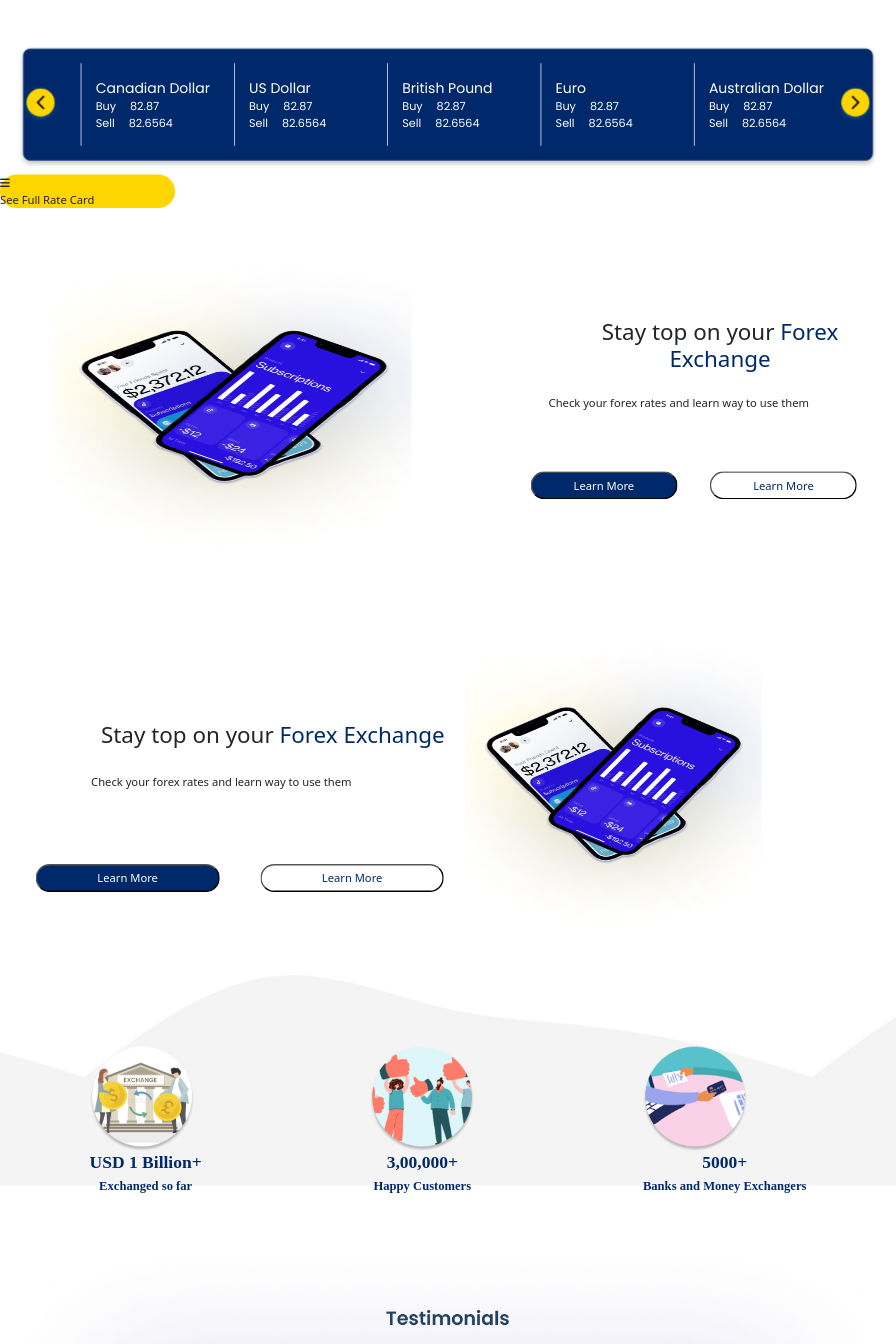
Repository: FlyweisReact/Akshadeep-latest
Page: /
These files come from the project's save history. The page is drawn as it stood at one moment and after the next save; the edit follows.
The browser window is 1280 px wide. The pictures show the part of the page from y = 715 to 2635 px (the page is 4532 px tall before and 4508 px after), at 70% of full size.
Some web libraries are served in a nearby version. The project was rebuilt for these pictures with package versions that can differ from the ones it lists, and the page was loaded fresh each time. Also part of the build but not shown: src/components/exchange.jsx, src/components/order_p1.jsx, src/components/order_p2.jsx, src/components/faas.jsx, src/components/offer.jsx, src/components/main2.jsx, src/components/home.jsx, src/components/slider.jsx and 6 more.

Above is the page before, as saved 2023-05-23 15:41:14.

### public/index.html
<!DOCTYPE html>
<html lang="en">
  <head>
    <meta charset="utf-8" />
    <link rel="icon" href="%PUBLIC_URL%/favicon.ico" />
    <meta name="viewport" content="width=device-width, initial-scale=1" />
    <meta name="theme-color" content="#000000" />
    <meta
      name="description"
      content="Web site created using create-react-app"
    />
    <link rel="apple-touch-icon" href="%PUBLIC_URL%/logo192.png" />

    <link rel="manifest" href="%PUBLIC_URL%/manifest.json" />
    <link rel="stylesheet" href="https://cdnjs.cloudflare.com/ajax/libs/font-awesome/5.15.3/css/all.min.css" />
    <link href="https://cdn.jsdelivr.net/npm/bootstrap@5.3.0-alpha1/dist/css/bootstrap.min.css" rel="stylesheet" integrity="sha384-GLhlTQ8iRABdZLl6O3oVMWSktQOp6b7In1Zl3/Jr59b6EGGoI1aFkw7cmDA6j6gD" crossorigin="anonymous">
    <title>React App</title>
  </head>
  <body>
    <noscript>You need to enable JavaScript to run this app.</noscript>
    <div id="root"></div>
    <script src="https://kit.fontawesome.com/b533b351e4.js" crossorigin="anonymous"></script>
  </body>
</html>

### src/components/Main.jsx
/** @format */

import React from "react";
import Navbar from "./navbar";
import "react-responsive-carousel/lib/styles/carousel.min.css";
import BottomCont from "./bottom_cont";
import Footer from "./footer";
import img from "../Images/a-7.png";
import img5 from "../Images/a-58.png";
import UpperForm from "./Component/Index/UpperForm";
import UpperSlider from "./Component/Index/UpperSlider";
import CurrencySlider from "./Component/Index/CurrencySlider";

function Main() {
  return (
    <>
      <Navbar />

      <div className="upper-two-component">
        <div className="left-component">
          <UpperForm />
        </div>
        <div className="right-component">
          <UpperSlider />
        </div>
      </div>

      <div className="Index-currency_cont">
        <CurrencySlider />
      </div>

      <div className="Index_center_button">
      <i className="fa-solid fa-bars"></i>
        <p>See Full Rate Card</p>
      </div>

      {/* <div className="main-mid-2-cont">
        <img src={img5} alt="" />
      </div> */}

      <div className="main-2-cont">
        <div className="main-2-left">
          <img src={img} alt="" />
        </div>
        <div className="main-2-right">
          <h2>
            Stay top on your <spam className="sp">Forex Exchange</spam>
          </h2>
          <p>Check your forex rates and learn way to use them</p>
          <div className="main-2-r-btn">
            <button className="main-2l-btn">Learn More</button>
            <button className="main-2r-btn">Learn More</button>
          </div>
        </div>
      </div>
      <div className="main-3-cont">
        <div className="main-3-left">
          <h2>
            Stay top on your <spam className="sp">Forex Exchange</spam>
          </h2>
          <p>Check your forex rates and learn way to use them</p>
          <div className="main-2-r-btn">
            <button className="main-2l-btn">Learn More</button>
            <button className="main-2r-btn">Learn More</button>
          </div>
        </div>
        <div className="main-3-right">
          <img src={img} alt="" />
        </div>
      </div>
      <BottomCont />
      <Footer />
    </>
  );
}

export default Main;

### src/Style/Header.css
/** @format */

.Sticky-Header-Companent {
  height: 100%;
  background-color: var(--white);
  position: sticky;
  top: 0;
  z-index: 999;
  padding: 20px;
  transition: box-shadow 0.3s ease;
}

.scrolled {
  box-shadow: rgba(0, 0, 0, 0.24) 0px 3px 8px;
}

.Header {
  width: 100%;
  display: flex;
  justify-content: space-between;
  align-items: center;
}

.Header .left-component a {
  font-family: InterFont;
  font-size: 2rem;
  color: #000000;
  cursor: pointer;
  text-decoration: none;
}

.Header .right-component {
  display: flex;
  gap: 20px;
}
.Header .right-component .btn1 {
  font-weight: 500;
  font-size: var(--medium-font);
  color: var(--black);
  background-color: transparent;
  border: none;
}
.Header .right-component .btn2 {
  font-size: var(--medium-font);
  color: var(--white);
  background-color : #00296B;
  border: 1px solid #00296B;
  padding: 10px;
  width: 200px;
  border-radius: var(--half-border);
}

/* Category Drop- Down */
.Drop-Category-Bar {
  display: flex;
  align-items: center;
}
.Drop-Category-Bar .left-container {
  width: 20%;
  padding: 20px;
}

.Drop-Category-Bar .right-Container {
  display: flex;
  width: 60%;
  justify-content: space-evenly;
}

.Drop-Category-Bar .left-container i {
  font-size: var(--medium-font);
  cursor: pointer;
}
.Drop-Category-Bar .right-Container #dropdown-basic {
  border: none;
  font-size: var(--medium-font);
  font-style: normal;
  line-height: 29px;
  color: #333131;
}
.Drop-Category-Bar .right-Container #dropdown-button-drop-end {
  width: 100%;
  display: flex;
  justify-content: space-between;
  gap: 20px;
  align-items: center;
  font-size: var(--small-font);
  border: none;
}
.Drop-Category-Bar .right-Container .dropdown-item {
  width: 100%;
  font-size: var(--small-font);
  border: none;
  padding-left: 12px;
}

/* FullScreen Offcanvas */
.offcanvas.offcanvas-start {
  width: 100% !important;
  background-color: transparent;
}
.offcanvas-backdrop.show {
  opacity: 0.9 !important;
}
.Offcanvas-Menu {
  position: relative;
  padding: 20px;
}
.Offcanvas-Menu .fa-x {
  font-size: var(--medium-font);
  color: #fff;
  position: absolute;
  right: 20px;
  top: 20px;
  cursor: pointer;
}
.Offcanvas-Menu .Menu-Items {
  display: flex;
  justify-content: space-evenly;
  align-items: center;
  position: absolute;
  top: 50%;
  gap: 20px;
  left: 50%;
  transform: translate(-50%, -50%);
  width: 100%;
  padding-left: 5%;
  padding-right: 5%;
}
.Offcanvas-Menu .Menu-Items div {
  width: 20%;
  cursor: pointer;
}
.Offcanvas-Menu .Menu-Items div img {
  display: block;
  margin: auto;
}
.Offcanvas-Menu .Menu-Items div a {
  text-decoration: none;
}
.Offcanvas-Menu .Menu-Items p {
  font-size: var(--medium-font);
  color: #ffffff;
  text-align: center;
  margin-top: 10px;
  font-family: OpenFont;
  text-decoration: none;
  width: 100%;
}

### src/Style/Layout.css
/**
 * Two Section Component
 *
 * @format
 */

.upper-two-component {
  display: flex;
  justify-content: space-evenly;
  padding-top: 20px;
}
.upper-two-component .left-component {
  width: 40%;
}
.upper-two-component .right-component {
  width: 50%;
}

/* Currency Container */
.Index-currency_cont {
  width: 98%;
  margin: auto;
  padding: 20px;
  filter: drop-shadow(0px 4px 4px rgba(0, 0, 0, 0.25));
  padding-top: 5%;
}

/* Rate Button */
.Index_center_button {
  width: 250px;
  background: #ffd500;
  border-radius: 27px;
}

### src/Style/Component.css
/**
 * Upper Form Component
 *
 * @format
 */

.Index-Upper-Form {
  width: 100%;
  padding-top: 20px;
}
.Index-Upper-Form .button-container {
  display: flex;
  align-items: center;
  justify-content: center;
  gap: 10px;
  width: 100%;
}
.Index-Upper-Form .button-container button {
  background-color: #fff;
  color: #333;
  border: 1px solid #ffd500;
  font-size: var(--small-font);
  cursor: pointer;
  padding: 10px;
  width: 20%;
  font-family: OpenFont;
  border-radius: 4px;
  transition: 0.5s;
}
.Index-Upper-Form .button-container button:hover {
  background: #ffd500;
}
.Index-Upper-Form .form-cont {
  width: 100%;
  margin-top: 10px;
  background: #00296b;
  border: 1px solid #333131;
  box-shadow: 0px 0px 100px 8px rgba(255, 213, 0, 0.3);
  border-radius: 12px;
  position: relative;
  padding: 20px;
}
.Index-Upper-Form .form-cont .form-part-1 .two-cont {
  display: flex;
  justify-content: space-between;
  width: 100%;
}
.Index-Upper-Form .form-cont .form-part-1 .two-cont div {
  width: 45%;
}
.Index-Upper-Form .form-cont .form-part-1 .two-cont div label {
  color: var(--white);
  font-size: var(--extra-small-font);
  font-family: PoppinFont;
  line-height: 24px;
  color: #ffffff;
}

.Index-Upper-Form .form-cont .form-part-1 .two-cont div select {
  width: 100%;
  margin-top: 3px;
  outline: none;
  font-size: var(--extra-small-font);
  color: #897f7f;
  font-family: PoppinFont;
  padding: 10px;
  border-radius: 4px;
  border: 1px solid #897f7f;
}
.Index-Upper-Form .form-cont .form-part-1 .rate {
  font-size: 16px;
  line-height: 24px;
  color: #ffffff;
  margin-top: 10px;
  font-family: PoppinFont;
}
.Index-Upper-Form .form-cont .form-part-1 .two-cont div input {
  width: 100%;
  margin-top: 3px;
  outline: none;
  font-size: var(--extra-small-font);
  color: #897f7f;
  font-family: PoppinFont;
  padding: 10px;
  border-radius: 4px;
  border: 1px solid #897f7f;
}
.Index-Upper-Form .form-cont .form-part-1 .two-cont div input::placeholder {
  color: #897f7f;
}
.Index-Upper-Form .form-cont .form-part-1 .two-cont .two-section {
  display: flex;
  gap: 10px;
  color: var(--white);
  margin-top: 10px;
  align-items: center;
}
.Index-Upper-Form .form-cont .form-part-1 .two-cont .two-section p {
  margin: 0;
  font-family: PoppinFont;
}
.Index-Upper-Form .form-cont .form-part-1 .two-cont .two-section button {
  background-color: #214360;
  outline: none;
  border: 1px solid #214360;
  color: var(--white);
  font-family: PoppinFont;
}
.Index-Upper-Form .form-cont .form-part-1 .two-cont .two-section i {
  color: #ffd500;
}
.Index-Upper-Form .form-cont .form-part-1 .two-cont .two-section .add {
  color: #ffd500;
  text-decoration: underline;
}
.Index-Upper-Form .form-cont .ord-btn {
  font-size: var(--medium-font);
  font-family: PoppinFont;
  background: #ffd500;
  border-radius: 30.2748px;
  border: none;
  width: 40%;
  padding: 10px;
  display: block;
  margin: auto;
  position: absolute;
  top: 98%;
  cursor: pointer;
  left: 50%;
  transform: translate(-50%, -50%);
}

/* Slick Slider */
.slick-slider-Cont {
  position: relative;
}
.slick-slider-Cont .Prev-Next_cont {
  display: flex;
  justify-content: space-between;
}
.slick-slider-Cont .Prev-Next_cont .PrevImg {
  position: absolute;
  top: 50%;
  left: 5%;
  transform: translate(-50%, -50%);
  cursor: pointer;
}
.slick-slider-Cont .Prev-Next_cont .NextImg {
  position: absolute;
  top: 50%;
  left: 95%;
  transform: translate(-50%, -50%);
  cursor: pointer;
}

.Slick-Slider {
  height: 100%;
  padding: 20px;
}
.Slick-Slider .slider-container-div {
  width: 100%;
}
.Slick-Slider .slider-container-div p {
  font-family: PoppinFont;
  font-size: 24px;
  line-height: 40px;
  color: #000;
  text-align: center;
  margin: 0;
}
.Slick-Slider .slider-container-div img {
  display: block;
  margin: auto;
}
.Slick-Slider:focus {
  border: none !important;
}
.Slick-Slider:active {
  border: none !important;
}

.Slick-Slider .slider-container-div .two-comp {
  display: flex;
  justify-content: space-evenly;
  gap: 10px;
}
.Slick-Slider .slider-container-div .two-comp .left-comp {
  width: 45%;
  position: relative;
}
.Slick-Slider .slider-container-div .two-comp .left-comp img {
  position: absolute;
  top: 50%;
  left: 50%;
  transform: translate(-50%, -50%);
}
.Slick-Slider .slider-container-div .two-comp .right-comp {
  width: 60%;
}
.Slick-Slider .slider-container-div .two-comp .right-comp div {
  display: flex;
  padding-top: 20px;
  gap: 20px;
  align-items: center;
}
.Slick-Slider .slider-container-div .two-comp .right-comp p {
  margin: 0;
  font-size: var(--extra-small-font);
  line-height: normal;
  width: 90%;
  text-align: left;
}
.Slick-Slider .slider-container-div .two-comp .right-comp i {
  margin: 0;
  background-color: #00a067;
  color: #fff;
  border-radius: 100%;
  padding: 5px;
}


/* Currency-Slider  */
.currency_slider_cont{
  background-color: #00296B;
  border: 1px solid #00296B;
  border-radius: 10px;
  position: relative;
  width: 100%;
}
.currency_slider_cont .currency_slider{
  height: 100%;
  padding: 20px;
  padding-left: 5%;
  padding-right: 5%;
}
.currency_slider_cont .currency_slider:focus {
  border: none !important;
}
.currency_slider_cont .currency_slider:active {
  border: none !important;
}

.currency_slider_cont .currency_slider .Item{
  color: #fff;
  border-right: 1px solid #fff;
  padding: 20px;
  width: 20%;
}
.currency_slider_cont .currency_slider .Item p{
  margin: 0;
}
.currency_slider_cont .currency_slider .Item .head{
  font-family: PoppinFont;
  font-size: var(--medium-font);
}
.currency_slider_cont .currency_slider .Item .two_sec{
  display: flex;
  align-items: center;
  gap: 20px;
}
.currency_slider_cont .currency_slider .Item .two_sec p{
  font-family: PoppinFont;
font-size: var(--extra-small-font);
}
.currency_slider_cont .Prev-Next_cont {
  display: flex;
  justify-content: space-between;
}
.currency_slider_cont .Prev-Next_cont .PrevImg {
  position: absolute;
  top: 50%;
  left: 2%;
  transform: translate(-50%, -50%);
  cursor: pointer;
}
.currency_slider_cont .Prev-Next_cont .NextImg {
  position: absolute;
  top: 50%;
  left: 98%;
  transform: translate(-50%, -50%);
  cursor: pointer;
}

.slick-prev:before {
  display: none !important;
}
.slick-next:before{
  display: none
  ;
}

### src/components/navbar.jsx
import Header from "./Layout/Header";

const Navbar = () => {
  return (
    <>
      <Header />

    </>
  );
};

export default Navbar;

### src/components/bottom_cont.jsx
import React from "react";
import img from "../Images/a-33.png";
import img2 from "../Images/a-34.png";
import img3 from "../Images/a-35.png";
import img4 from "../Images/a-36.png";
import img5 from "../Images/a-37.png";
import img6 from "../Images/a-51.png";

const BotCont = () => {
  return (
    <>
      <div className="bot-part-1">
        <div className="bot-cont-imgs">
          <div>
            <img src={img} />
            <h6>USD 1 Billion+</h6>
            <p>Exchanged so far</p>
          </div>
          <div>
            <img src={img2} />
            <h6>3,00,000+</h6>
            <p>Happy Customers</p>
          </div>
          <div>
            <img src={img3} />
            <h6>5000+</h6>
            <p>Banks and Money Exchangers</p>
          </div>
        </div>
      </div>
      <div className="bot-part-3">
        <img src={img6} />
      </div>
      <div className="bot-part-2">
        <h3>Media Mentions</h3>
        <div className="bot-part-2-sub">
          <div className="bot-cont-card">
            <h4>Loren Ipsum Id best Platform out there</h4>
            <p>
              Lorem Ipsum is simply dummy text of the printing and typesetting
              industry. Lorem Ipsum has been the industry's standard dummy text
              ever since the 1500s, when an unknown printer took a galley of
              type and scrambled it to make a type specimen book.
            </p>
            <div className="thin-line"></div>
            <div className="bot-cont-card-2">
              <img src={img4} />
              <p>5 star</p>
            </div>
          </div>
          <div className="bot-cont-card">
            <h4>Loren Ipsum Id best Platform out there</h4>
            <p>
              Lorem Ipsum is simply dummy text of the printing and typesetting
              industry. Lorem Ipsum has been the industry's standard dummy text
              ever since the 1500s, when an unknown printer took a galley of
              type and scrambled it to make a type specimen book.
            </p>
            <div className="thin-line"></div>
            <div className="bot-cont-card-2">
              <img src={img5} style={{height:"40px"}} />
              <p>5 star</p>
            </div>
          </div>
        </div>
      </div>
    </>
  );
};

export default BotCont;

### src/components/footer.jsx
import React from "react";

const Footer = () => {
  return (
    <footer className="footer">
      <div className="footer-cont">
        <div className="foot-row">
          <div className="foot-col">
            <h3>Company</h3>
            <p>About Us</p>
            <p>Contact Us</p>
            <p>Careers</p>
          </div>
          <div className="foot-col">
            <h3>Services</h3>
            <p>Prepaid Travel Card</p>
            <p>Foreign Demand Draft</p>
            <p>Foreign Currency</p>
            <p>Educational Loans</p>
            <p>Remmittance</p>
            <p>Travel Insurance</p>
            <p>Forex as a Service (Faas Solution)</p>
          </div>
          <div className="foot-col">
            <h3>Quick Links</h3>
            <p>FAQs</p>
            <p>Cancellation & Refund Policy</p>
            <p>Forex Rates</p>
            <p>Our Policies</p>
            <p>Terms of Use</p>
            <p>Site Map</p>
            <p>Offers</p>
          </div>
          <div className="foot-col">
            <h3>Insight</h3>
            <p>Blogs</p>
            <p>Press Release</p>
            <p>Foreign Currency</p>
            <p>Educational Loans</p>
            <p>Remmittance</p>
            <p>Travel Insurance</p>
            <p>Forex as a Service (Faas Solution)</p>
          </div>
          <div className="foot-col">
            <h3>Registered Office Address</h3>
            <p>Lorem Ipsum Pvt ltd.</p>
            <p>P-701 to P-705 lorem ipsum , 7th floor, 11th tower, panchsheel primerose, vatista
                , Gurugram, Hariyana
            </p>
            {/*<ul className="social-icons">
              <li>
                <a href="#">
                  <i className="fab fa-facebook-f"></i>
                </a>
              </li>
              <li>
                <a href="#">
                  <i className="fab fa-twitter"></i>
                </a>
              </li>
              <li>
                <a href="#">
                  <i className="fab fa-linkedin"></i>
                </a>
              </li>
              <li>
                <a href="#">
                  <i className="fab fa-instagram"></i>
                </a>
              </li>
            </ul>*/}
          </div>
        </div>
      </div>
      <div className="footer-bottom">
        <p>&copy; 2023 Forex Inc. All Rights Reserved.</p>
      </div>
    </footer>
  );
};

export default Footer;

### src/components/signup.jsx
import Button from "react-bootstrap/Button";
import Modal from "react-bootstrap/Modal";

function MyVerticallyCenteredModal(props) {
  return (
    <Modal
      {...props}
      size="lg"
      aria-labelledby="contained-modal-title-vcenter"
      centered
    >
      <Modal.Body>
        <div className="popupe-container">
          <div className="popupe">
            <span className="close" onClick={props.onHide}>
              &times;
            </span>
            <h2 className="form-title">Register</h2>
            <form>
              <div class="form-groupe">
                <label for="name" className="label-inp">Name</label>
                <input type="text" id="name" name="name" placeholder="Enter your name here" />
              </div>
              <div class="form-groupe">
                <label for="mobile" className="label-inp">Mobile Number</label>
                <input type="email" id="email" name="email" placeholder="Enter your mobile no here"/>
              </div>
              <div class="form-groupe">
                <label for="email" className="label-inp">Email</label>
                <input type="email" id="email" name="email" placeholder="Enter your email here"/>
              </div>
              <button type="submit" className="btn-form-submit">Submit</button>
            </form>
            <h2 className="form-title">Or</h2>
            <div className="form-bot-cont">
              <div className="left-btn">
                  <button className="btn-2">
                  <i class="fab fa-facebook-f fc" ></i>
                  facebook</button>
              </div>
              <div className="right-btn">
                  <button className="btn-2">
                  <i class="fab fa-google-plus-g gl"></i>
                    Google</button>
              </div>
            </div>
            </div>
          </div>
      </Modal.Body>
    </Modal>
  );
}

export default MyVerticallyCenteredModal;

### src/components/login.jsx

import Modal from "react-bootstrap/Modal";

function MyVerticallyCenteredModal(props) {
  return (
    <Modal
      {...props}
      size="lg"
      aria-labelledby="contained-modal-title-vcenter"
      centered
    >
      <Modal.Body>
        <div className="popupe-container">
          <div className="popupe">
            <span className="close" onClick={props.onHide}>
              &times;
            </span>
            <h2 className="form-title">Login</h2>
            <form>
              <div class="form-groupe">
                <label for="name" className="label-inp">Mobile Number/ Email Id</label>
                <input type="text" id="name" name="name" placeholder="Enter mobile number/ email Id" />
              </div>
              <button type="submit" className="btn-form-submit">Submit</button>
            </form>
            </div>
            <h2 className="form-title">Or</h2>
            <div className="form-bot-cont">
              <div className="left-btn">
                  <button className="btn-2">
                  <i class="fab fa-facebook-f fc" ></i>
                  facebook</button>
              </div>
              <div className="right-btn">
                  <button className="btn-2">
                  <i class="fab fa-google-plus-g gl"></i>
                    Google</button>
              </div>
            </div>
          </div>
      </Modal.Body>
    </Modal>
  );
}

export default MyVerticallyCenteredModal;

Loaded but not shown: src/Json/menu.json (187 lines, source omitted); src/components/Component/Index/UpperSlider.js (180 lines, source omitted); src/components/Component/Index/CurrencySlider.js (162 lines, source omitted); src/components/Component/Index/UpperForm.js (74 lines, source omitted); src/components/Layout/DropBar.js (60 lines, source omitted); src/components/Layout/Sidebar.js (70 lines, source omitted); src/App.js (50 lines, source omitted); src/components/Layout/Header.js (56 lines, source omitted); src/index.js (13 lines, source omitted); src/index.css (2406 lines, source omitted)

After the next save:
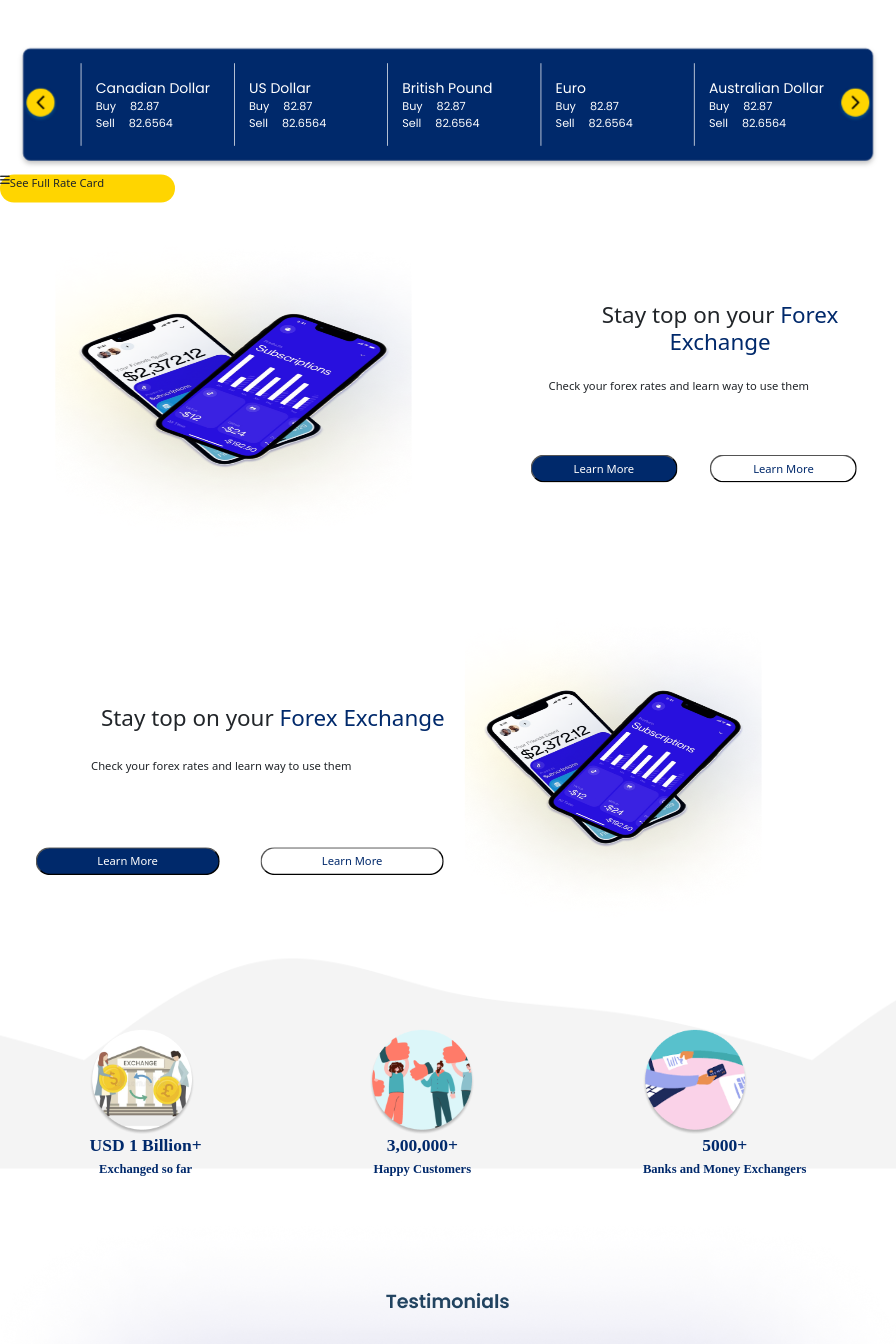
Saved 11 s later.
--- a/src/Style/Layout.css
+++ b/src/Style/Layout.css
@@ -30,4 +30,6 @@
   width: 250px;
   background: #ffd500;
   border-radius: 27px;
+  display: flex;
+  gap: ;
 }
